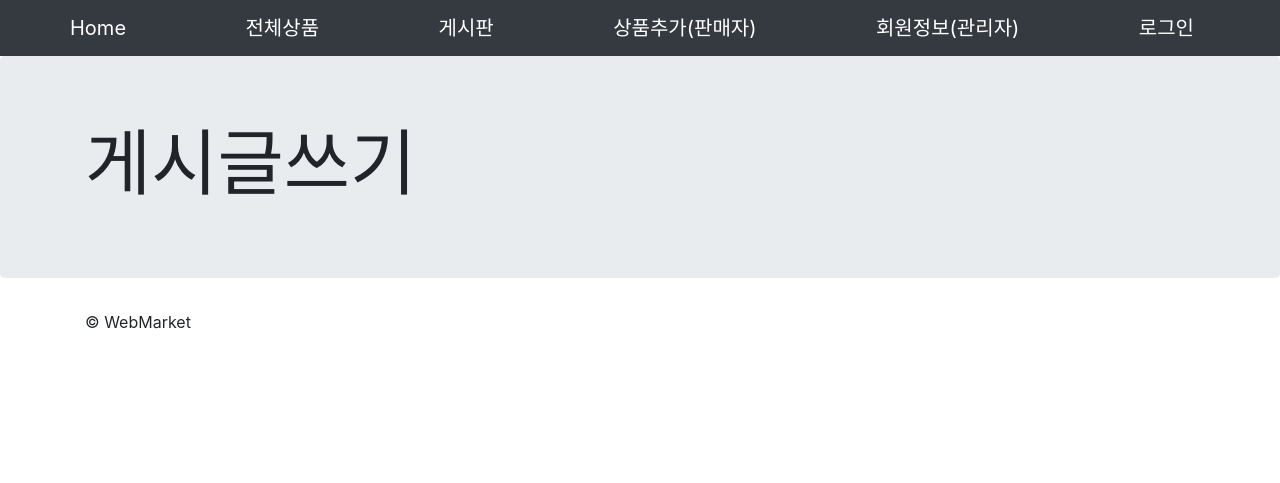
Repository: davisbyun/ai
Page: http://localhost/WebMarket/board/boardList.jsp
These files come from the project's save history. The page is drawn as it stood at one moment and after the next save; the edit follows.
The browser window is 1280 px wide. The pictures show the whole page.
The page is served by Tomcat 9. Queries for data that is not in the repository find no rows.

Above is the page before, as saved 2024-01-30 00:47:25.

After the next save:
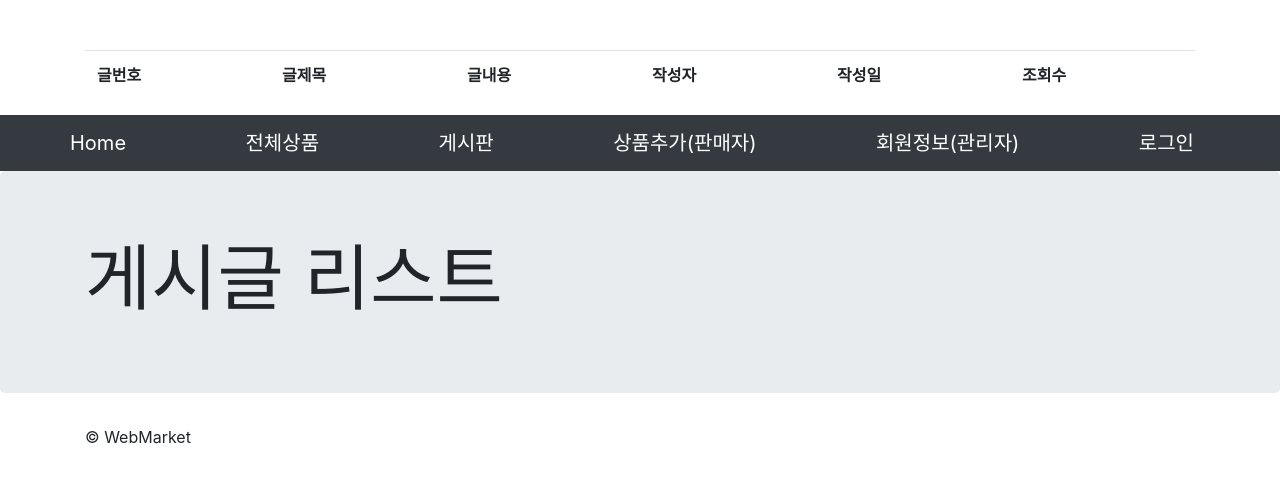
Saved 26 min 1 s later.
--- a/WebMarket/src/main/webapp/board/boardList.jsp
+++ b/WebMarket/src/main/webapp/board/boardList.jsp
@@ -1,24 +1,71 @@
+<%@page import="java.sql.*"%>
 <%@ page language="java" contentType="text/html; charset=UTF-8"
     pageEncoding="UTF-8"%>
+<%@ page import="java.net.*" %>
 <!DOCTYPE html>
 <html>
-<body>
 <head>
 <meta charset="UTF-8">
-<title>boardList.jsp 게시글 입력하기 </title>
+<title>boardList.jsp 게시글 리스트 </title>
 <link rel="stylesheet" href="./css/bootstrap.min.css" />
-
 </head>
 <body>
+ 	 <%
+
+    //1.드라이버연결
+	Class.forName("com.mysql.jdbc.Driver");
+
+
+    String url = "jdbc:mysql://localhost:3306/webmarket?characterEncoding=UTF-8&serverTimezone=UTC&useSSL=false";
+    String userId ="root";
+    String userPwd="1234";
+
+    //2. con 연결
+    Connection con = DriverManager.getConnection(url, userId, userPwd);
+    //3. sql con올리기
+    String selectSql= "select * from boardTbl";
+    PreparedStatement pstmt = con.prepareStatement(selectSql);
+    //4.mysql로 보내서 실행하기
+    ResultSet rs = pstmt.executeQuery();
+    //5.rs변수에 담겨서 select문을 jsp로 들어온다.
+
+  %>
+
+<div class="container">
+
+    <div style="padding-top: 50px">
+	 <table class="table table-hover">
+    	<tr><th>글번호</th> <th>글제목</th> <th>글내용</th> <th>작성자</th> <th>작성일</th> <th>조회수</th></tr>
+        <%
+          while(rs.next()) { //rs.next() 꼭 써주어야 하는 명령어 포인터 위치를 가르킨다.
+        	                 //한줄만 출력하더라도 반드시 rs.next() 사용해야 한다.
+         %>
+         <tr>
+    	   <td> <%= rs.getInt("num") %></td>  <%--number 는 mysql 에 있는 열 이름 --%>
+    	   <td> <%= rs.getString("title") %></td>
+    	   <td> <%= rs.getString("content") %></td>
+    	   <td> <%= rs.getString("writer") %></td>
+    	   <td> <%= rs.getString("reg_date") %></td>
+    	   <td> <%= rs.getInt("count") %></td>
+    	   <td> <a href="modify.jsp?number=<%=rs.getInt("number") %>" class="btn btn-primary"> 수정 </a> </td>
+    	   <td> <a href="delete.jsp?number=<%=rs.getInt("number") %>" class="btn btn-danger"> 삭제 </a> </td>
+    	</tr>
+         <%
+          }
+         %>
+
+    </table>
+    </div>
+  </div>
   <jsp:include page="../menu.jsp"></jsp:include>
   <div class="jumbotron">
     <div class="container">
-        <h1 class="display-3"> 게시글쓰기 </h1>
+        <h1 class="display-3"> 게시글 리스트 </h1>
     </div>
   </div>
 
 
-  <jsp:include page="../footer.jsp"/>
+  <jsp:include page="../footer.jsp"></jsp:include>
 
   </body>
   </html>
